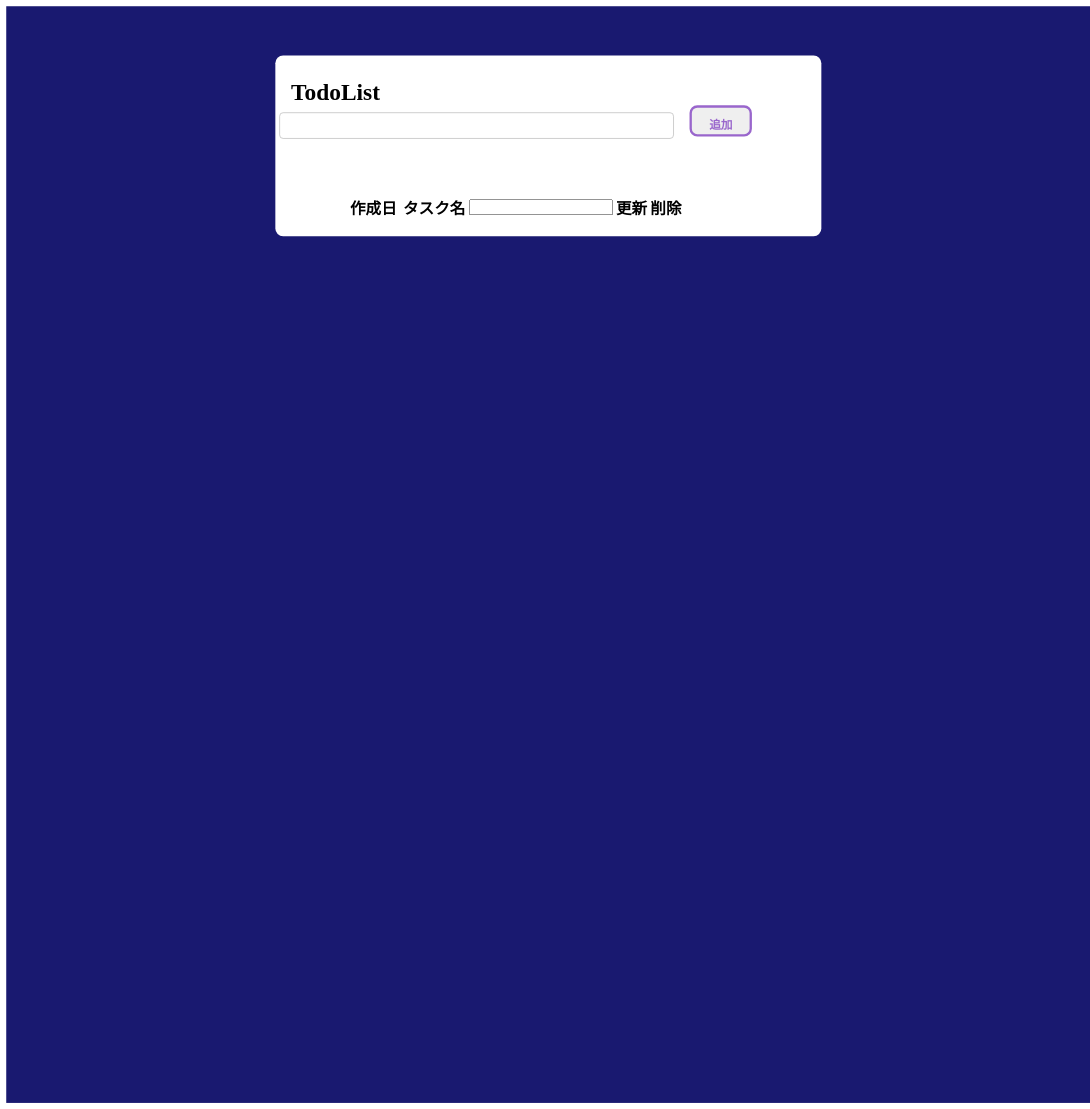
Repository: moro-ayu3/20230304_morohoshi
Page: http://localhost/
The author's editor kept a copy of each file at every save. The page is drawn from the files as they stood at one save, then again after a run of saves.
The browser window is 1280 px wide. The page is 1398 px wide, so the pictures cover 1398 px, including what lies to the right of the window. The pictures show the whole page, at 78% of full size.
The page is served by the project's Laravel application, run on PHP 8.4 with Laravel 8. Queries for data that is not in the repository find no rows.

Above is the page before, as saved 2023-03-11 12:10:35.

After the next 9 saves:
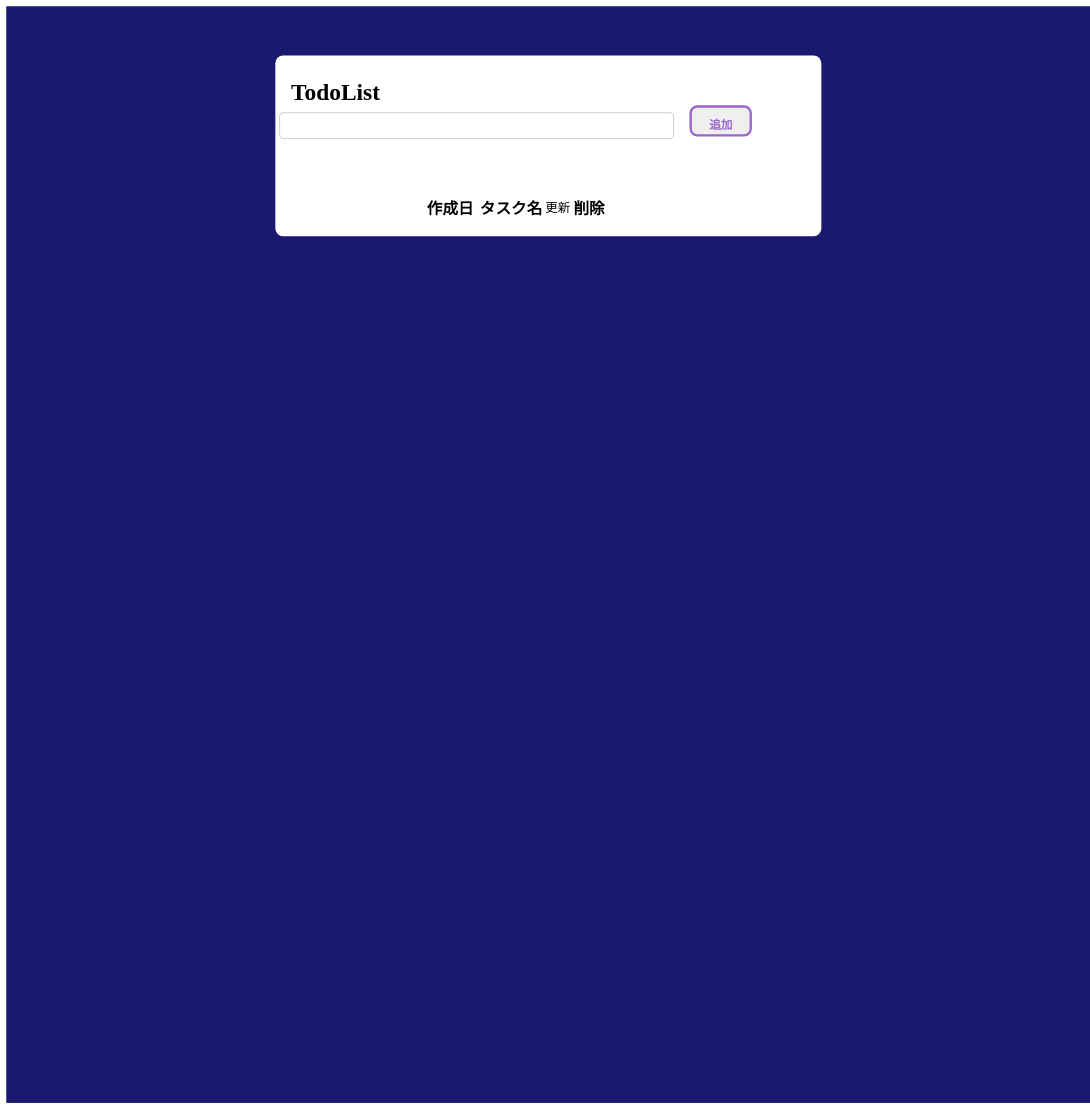
The 9 saves are shown as one change because they came seconds apart.
The last was saved 20 s later.
--- a/resources/views/index.blade.php
+++ b/resources/views/index.blade.php
@@ -195,7 +195,7 @@
               </tr>
               @endif
               <th class="name">タスク名</th>
-              <td><input </td>
+              <td><input type="hidden" name="</td>
               <th class="update">更新</th>
               <th class="delete">削除</th>
             </tr>
